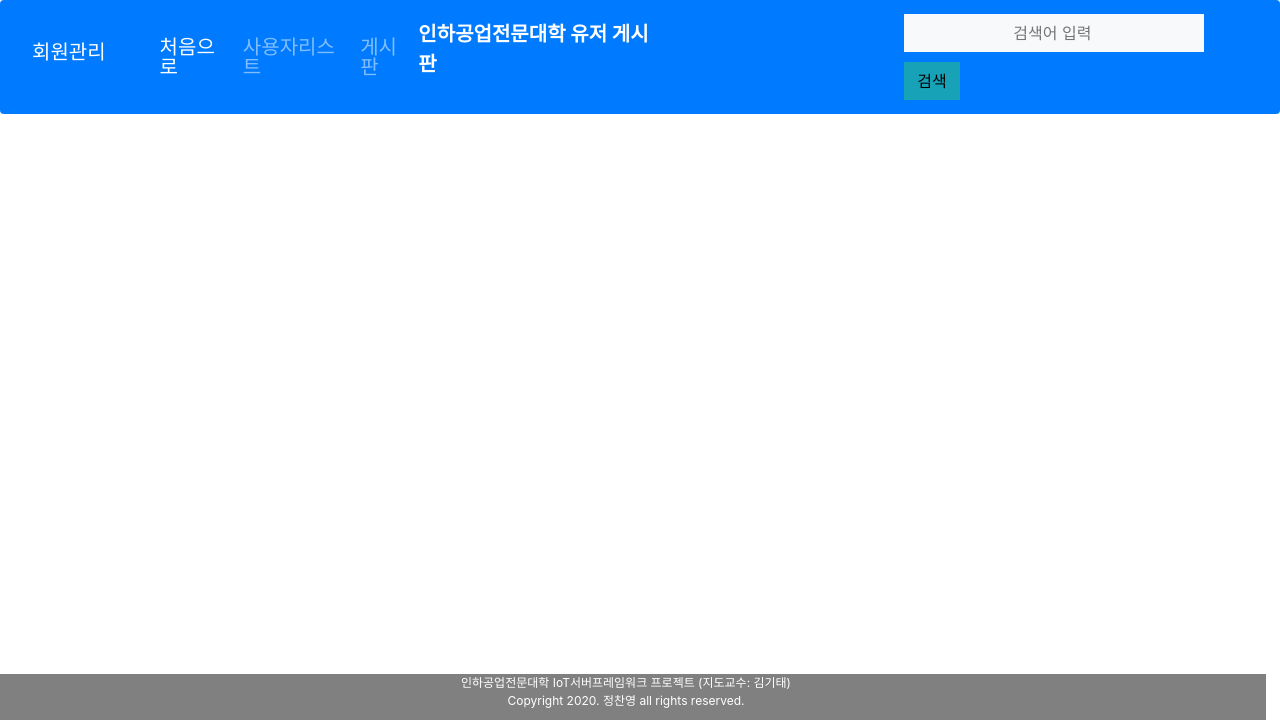
Repository: 201645032/IoTServerFrameWork
Page: http://localhost/layout/default
These files come from the project's save history. The page is drawn as it stood at one moment and after the next save; the edit follows.
The browser window is 1280 px wide. The pictures show the whole page.
Some web fonts or font styles are not loaded; a fallback is used. The page is this project's Thymeleaf template; nobody is signed in. The template is opened directly, without the code that normally fills it, so the values that code supplies are empty.

Above is the page before, as saved 2020-06-11 06:25:15.

After the next save:
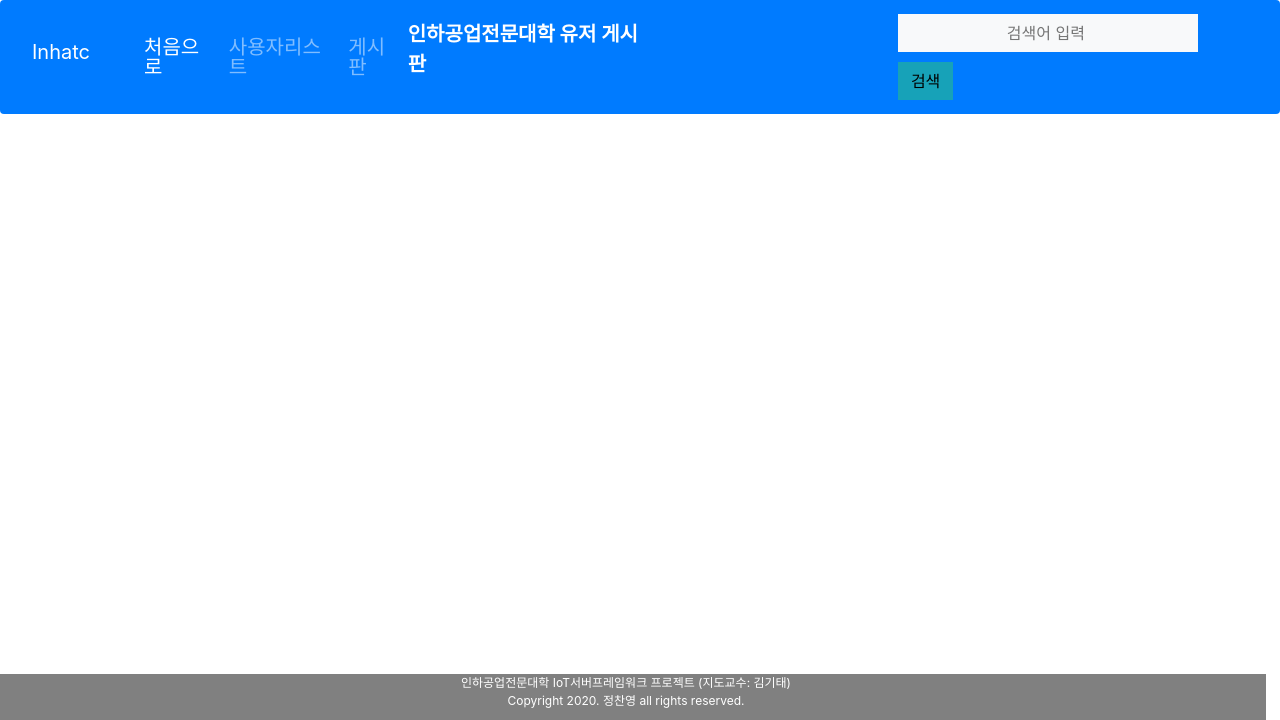
Saved 2 min 18 s later.
--- a/MyProject/src/main/resources/templates/fragments/menu.html
+++ b/MyProject/src/main/resources/templates/fragments/menu.html
@@ -4,7 +4,7 @@
 <header th:fragment="menuFragment">
 
 	<nav class="navbar navbar-expand-lg navbar-dark bg-primary" id = "nav-main">
-		<a class="navbar-brand" href="/">회원관리</a>
+		<a class="navbar-brand" href="https://portal.inhatc.ac.kr/user/login.face">Inhatc</a>
 		<button class="navbar-toggler" type="button" data-toggle="collapse"
 			data-target="#navbarSupportedContent"
 			aria-controls="navbarSupportedContent" aria-expanded="false"
